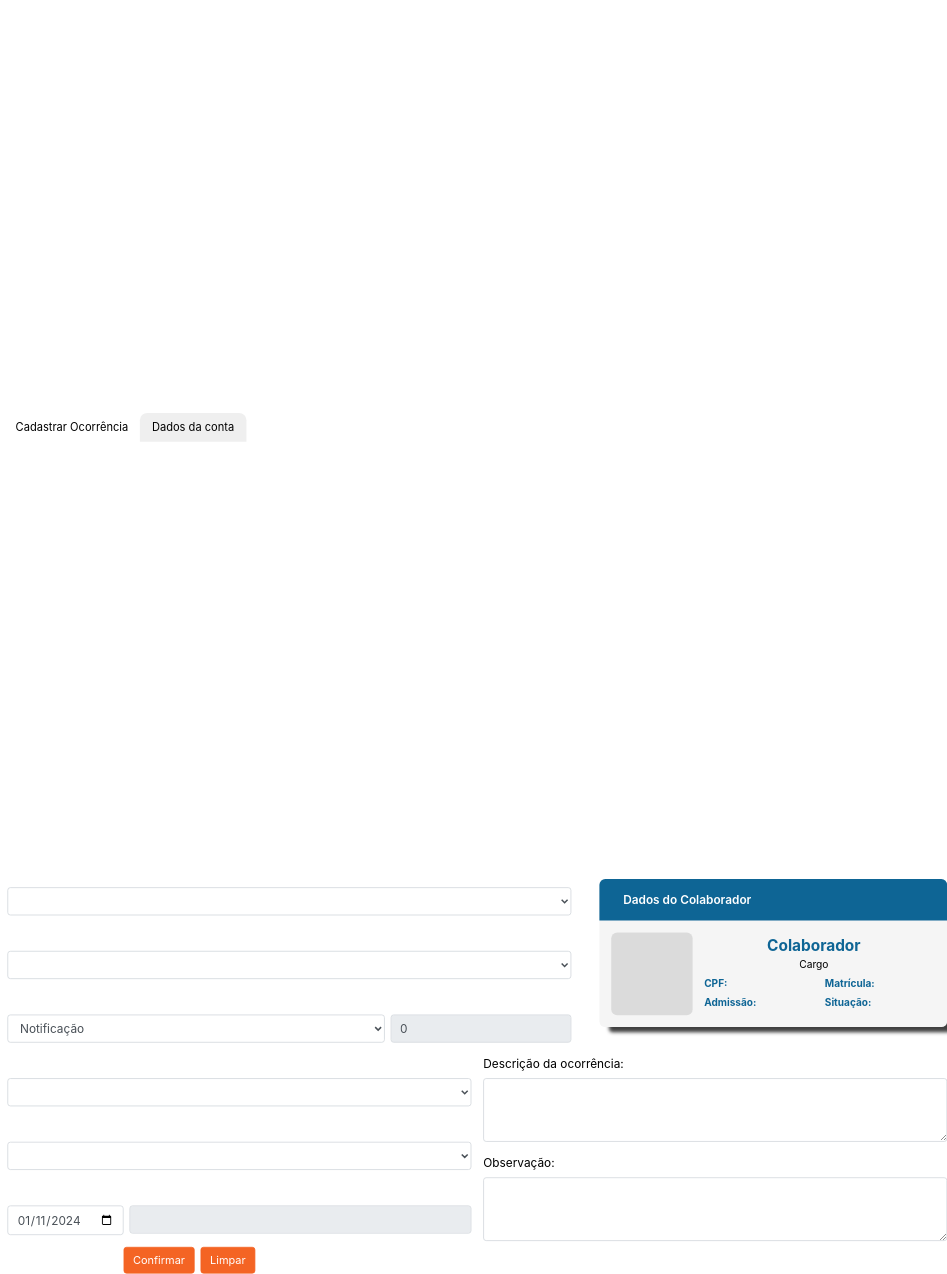
Repository: Conlog-SA/portal_operacional
Page: apps/gente_gestao_fluxo_punitivo/templates/gente_gestao_fluxo_punitivo/fluxo_punitivo.html
These files come from the project's save history. The page is drawn as it stood at one moment and after the next save; the edit follows.
The browser window is 1280 px wide. The pictures show the whole page, at 74% of full size.
The template is drawn by Django 3.2. The application's start-up code is not run. Other server files are loaded and not shown. The template is opened directly, without the code that normally fills it, so the values that code supplies are empty.

Above is the page before, as saved 2024-01-11 13:33:44.
Console error: TypeError: Cannot read properties of null (reading 'addEventListener')

### apps/gente_gestao_fluxo_punitivo/templates/gente_gestao_fluxo_punitivo/fluxo_punitivo.html
{% load static %}


{% block link_static_css %}
    <link type="text/css" href="{% static 'libs/bootstrap_4/css/bootstrap.min.css' %}" rel="stylesheet"
    xmlns="http://www.w3.org/1999/html" xmlns="http://www.w3.org/1999/html" xmlns="http://www.w3.org/1999/html"
    xmlns="http://www.w3.org/1999/html" xmlns="http://www.w3.org/1999/html"/>
    <link rel="stylesheet" href="{% static 'css/cores.css' %}" />
    <link rel="stylesheet" href="{% static 'css/toggle_switch.css' %}" />
    <link rel="stylesheet" href="{% static 'css/loader.css' %}" />
    <link rel="stylesheet" href="{% static 'css/gente_gestao_fluxo_punitivo/fluxo_punitivo.css' %}" />

{% endblock %}

<div class="d-flex flex-column h-100 align-items-center justify-content-start text-white w-100" style="margin-right: 0px; width:100%;">
    <div class="mt-3 d-flex align-items-end justify-content-between div_Titulo" style="padding-bottom:15px; padding-left:0px;">
        <div class="d-flex align-items-center justify-content-center">
            <i class="fa-solid fa-face-frown fa-2xl" style="font-size:50px; margin-left:15px; margin-right:15px; color:#cf6a15;"></i>
            <h1 class="titlePadraoMenu">Fluxo Punitivo</h1>
        </div>
        <img class="logo_cabecalho" src="{% static 'icons/logo-branca.png' %}" >
    </div>
    <div class="containerApp">
        <div class="form-group cl_div_tabela_principal_pagina" style="padding-top:0px; padding-left:0px">
            <div class="col-md-12 h-100"style="padding-left: 5px; padding-right: 5px;">
                <nav class="nav nav-tabs" id="myTab" role="tablist" style="font-size:15px;">
                    <button class="nav-link active" id="a_tab_cadastrar_ocorrencia" data-bs-toggle="tab"
                                data-bs-target="#div_tab_cadastrar_ocorrencia" type="button" role="tab"
                                aria-controls="div_tab_cadastrar_ocorrencia" aria-selected="true"
                                style="border-radius:10px 10px 0 0;" >
                            <i class="fa-regular fa-square-plus" style="color: #f46424;"></i>
                        Cadastrar Ocorrência
                    </button>
                    <button class="nav-link" id="a_tab_editar_ocorrencia" data-bs-toggle="tab"
                            data-bs-target="#div_tab_editar_ocorrencia" type="button" role="tab"
                            aria-controls="div_tab_editar_ocorrencia" aria-selected="true"
                            style="border-radius:10px 10px 0 0;" >
                        <i class="fa-solid fa-file-invoice-dollar" style="color: #f46424;"></i>
                        Dados da conta
                    </button>
                </nav>
            </div>
            <div class="tab-content" style="border-radius:0 10px 10px 10px;">
                <div class="tab-pane active" id="div_tab_cadastrar_ocorrencia" name="div_tab_cadastrar_ocorrencia"
                     role="tabpanel" aria-labelledby="a_tab_cadastrar_ocorrencia" style="margin-left:10px;">
                    <form class="d-flex justify-content-between align-items-between flex-wrap w-100" id="form_cadastra_fluxo_punitivo">
                        <div class="d-flex align-items-center justify-content-between w-100">
                            <div class="d-flex flex-column w-60">
                                <label for="geg_select_filial" class="labelBotoes">Selecione a filial:</label>
                                <select class="selectpicker form-control" required id="geg_select_filial"
                                        name="geg_select_filial"  data-live-search="true" title="Selecione a filial">
                                    {% for filial in lista_obj_filiais %}
                                    <option value="{{ filial.cod_filial }}">{{ filial.desc_filial }} ({{filial.cod_empresa.desc_empresa}}) </option>
                                    {% endfor %}
                                </select>

                                <label for="geg_select_colab" class="labelBotoes mt-3">Selecione o colaborador:</label>
                                <select class="selectpicker form-control" required id="geg_select_colab" name="geg_select_colab"  data-live-search="true" title="Selecione o colaborador">
                                </select>

                                <div class="d-flex w-100">
                                    <div class="w-75 text-left">
                                        <label for="geg_select_penalidade" class="labelBotoes mt-3">Selecione a penalidade:</label>
                                        <select class="selectpicker form-control" required id="geg_select_penalidade" name="geg_select_penalidade"  data-live-search="true" title="Selecione a penalidade">
                                            <option value="N">Notificação</option>
                                            <option value="AV">Advertência Verbal</option>
                                            <option value="AE">Advertência Escrita</option>
                                            <option value="S">Suspensão</option>
                                        </select>
                                    </div>

                                    <div class="d-flex flex-column align-items-start justify-content-end ml-2">
                                        <label for="geg_input_dias_suspensao">Dias de suspensão:</label>
                                        <input type="number" disabled class="form-control" id="geg_input_dias_suspensao" value="0">
                                    </div>

                                </div>
                            </div>

                            <div class="d-flex flex-column containerCardDadosColab">
                                <div class="w-100 p-2 d-flex cabecalhoCardDadosColab">
                                    <div class="p-2">
                                        <i class="fa-regular fa-address-card text-white"></i>
                                    </div>
                                    <div class="p-2 tituloCardDados">
                                        <span class="labelCardDados">Dados do Colaborador</span>
                                    </div>
                                </div>

                                <div class="w-100 p-3 d-flex justify-content-between align-items-center">
                                    <div class="w-25 d-flex align-items-center justify-content-center fundoIconCardDados">
                                        <i class="fa-solid fa-user iconUserCard"></i>
                                    </div>

                                    <div class=" w-75 d-flex flex-column containerInfoColab">
                                        <div class="w-100 text-center">
                                            <p  id="cardDados_nome" style="margin-bottom: 0 !important"><b>Colaborador</b></p>
                                            <p class=""><span id="cardDados_cargo" style="font-size: 0.865rem">Cargo</span></p>
                                        </div>

                                        <div class="w-100 d-flex">
                                            <div class="" style="width: 55%; font-size:0.85rem">
                                                <p class=""><b>CPF:</b> <span id="cardDados_cpf"></span></p>
                                                <p class=""><b>Admissão:</b> <span id="cardDados_admissao"></span></p>
                                            </div>

                                            <div class="" style="width: 45%; font-size:0.85rem">
                                                <p class=""><b>Matrícula:</b> <span id="cardDados_matricula"></span></p>
                                                <p class=""><b>Situação:</b> <span id="cardDados_situacao"></span></p>
                                            </div>
                                        </div>
                                    </div>
                                </div>
                            </div>
                        </div>

                        <div class="w-100 d-flex" >
                            <div class="w-50 d-flex flex-column align-items-start justify-content-start" style="">
                                <label for="geg_select_motivo_juridico" class="labelBotoes mt-3">Selecione o motivo jurídico:</label>
                                <select class="selectpicker form-control" required id="geg_select_motivo_juridico" name="geg_select_motivo_juridico"  data-live-search="true" title="Selecione o motivo jurídico:">
                                    {% for motivo_juridico in lista_motivo_juridico %}
                                    <option value="{{ motivo_juridico.cod_mot_juridico }}">{{ motivo_juridico.desc_motivo_juridico }} </option>
                                    {% endfor %}
                                </select>

                                <label for="geg_select_motivo_especifico" class="labelBotoes mt-3">Selecione o motivo específico:</label>
                                <select class="selectpicker form-control" required id="geg_select_motivo_especifico" name="geg_select_motivo_especifico"  data-live-search="true" title="Selecione o motivo específico:">
                                    {% for motivo_especifico in lista_motivo_especifico %}
                                    <option value="{{ motivo_especifico.cod_mot_especifico }}">{{ motivo_especifico.desc_motivo_especifico }} </option>
                                    {% endfor %}
                                </select>

                                <div class="d-flex justify-content-between w-100 mt-3 mr-3">
                                    <div class="d-flex flex-column align-items-start justify-content-start w-25">
                                        <label for="geg_input_data_ocorrencia">Data da ocorrência:</label>
                                        <input type="date" class="form-control " id="geg_input_data_ocorrencia">
                                    </div>

                                    <div class="d-flex flex-column align-items-start justify-content-start ml-2 w-75">
                                        <label for="geg_input_colab_lancamento">Colaborador responsável:</label>
                                        <input type="text" disabled class="form-control" id="geg_input_colab_lancamento" value="{{obj_usuario_sessao.nome_usu}}">
                                    </div>
                                </div>

                                <div class="d-flex justify-content-start w-100 mt-3 mr-3">
                                    <div class="w-25 d-flex justify-content-start align-items-center">
                                        <div class="loader" id="loader_lancamento">
                                            <div class="loader-inner">
                                                <div class="loader-block"></div>
                                                <div class="loader-block"></div>
                                                <div class="loader-block"></div>
                                                <div class="loader-block"></div>
                                                <div class="loader-block"></div>
                                                <div class="loader-block"></div>
                                                <div class="loader-block"></div>
                                                <div class="loader-block"></div>
                                            </div>
                                        </div>
                                    </div>
                                    <div class="w-75  d-flex justify-content-start align-items-center">
                                        <button type='submit' id="btn_confirmar_lancamento" name="btn_confirmar_lancamento" class="mr-2 btn btn-primary btn-rounded fluxoPunitivo__botao" >
                                            <i class="fa-solid fa-check"></i>
                                            <span>Confirmar</span>
                                        </button>

                                        <button type='button' id="btn_limpar_lancamento" name="btn_limpar_lancamento" onclick="limpaFormulario()" class=" btn btn-primary btn-rounded fluxoPunitivo__botao" >
                                            <i class="fa-solid fa-eraser"></i>
                                            <span>Limpar</span>
                                        </button>
                                    </div>
                                </div>
                            </div>

                            <div class="w-50 ml-3 d-flex flex-column align-items-start justify-content-start mt-3">
                                <div class="form-group w-100" style="color: #000; text-align:left;">
                                    <label for="text_area_desc_punicao">Descrição da ocorrência:</label>
                                    <textarea required class="form-control" id="text_area_desc_punicao" rows="3"></textarea>
                                </div>
                                <div class="form-group w-100" style="color: #000; text-align:left;">
                                    <label for="text_area_obs_punicao">Observação:</label>
                                    <textarea class="form-control" id="text_area_obs_punicao" rows="3"></textarea>
                                </div>

                                {% if obj_usuario_sessao.corporativo == 'S' %}
                                    <div class="d-flex justify-content-end w-100 mr-3">
                                        <button type='button' id="btn_cad_mot_juridico"
                                                name="btn_cad_mot_juridico"
                                                class=" mr-2 btn btn-primary btn-rounded fluxoPunitivo__botao">
                                            <i class="fa-solid fa-plus"></i>
                                            <span>Novo motivo jurídico</span>
                                        </button>

                                        <button type='button' id="btn_cad_motivo_especifico"
                                                name="btn_motivo_especifico"
                                                class=" btn btn-primary btn-rounded fluxoPunitivo__botao">
                                            <i class="fa-solid fa-plus"></i>
                                            <span>Novo motivo específico</span>
                                        </button>
                                    </div>
                                {% endif %}
                                {% if obj_usuario_sessao.corporativo == 'N' %}
                                    <div class="d-flex justify-content-end w-100 mr-3">
                                        <button type='button' disabled="disabled" id="btn_cad_mot_juridico"
                                                name="btn_cad_mot_juridico"
                                                class=" mr-2 btn btn-primary btn-rounded fluxoPunitivo__botao"
                                                title="Função habilitada somente para o corporativo">
                                            <i class="fa-solid fa-plus"></i>
                                            <span>Novo motivo jurídico</span>
                                        </button>

                                        <button type='button' disabled="disabled" id="btn_cad_motivo_especifico"
                                                name="btn_motivo_especifico"
                                                class=" btn btn-primary btn-rounded fluxoPunitivo__botao"
                                                title="Função habilitada somente para o corporativo">
                                            <i class="fa-solid fa-plus"></i>
                                            <span>Novo motivo específico</span>
                                        </button>
                                    </div>
                                {% endif %}
                            </div>
                        </div>
                    </form>
                </div>
                <div class="tab-pane" id="div_tab_editar_ocorrencia" name="div_tab_editar_ocorrencia" role="tabpanel" aria-labelledby="a_tab_editar_ocorrencia">
                    <form class="d-flex justify-content-end align-items-end flex-wrap w-100" id="form_pesquisa_fluxo_punitivo_tabela">

                        <div class="d-flex flex-column mr-1 w-25">
                            <label for="geg_fluxo_punitivo_pesquisa_filial" class="labelBotoes">Selecione a filial</label>
                            <select class="selectpicker form-control" required id="geg_fluxo_punitivo_pesquisa_filial" name="geg_fluxo_punitivo_pesquisa_filial"  data-live-search="true" title="Selecione a filial">
                                {% for filial in lista_obj_filiais %}
                                <option value="{{ filial.cod_filial }}">{{ filial.desc_filial }} ({{filial.cod_empresa.desc_empresa}}) </option>
                                {% endfor %}
                            </select>
                        </div>

                        <div class="d-flex flex-column mr-1">
                            <label for="competencia_pesquisa_fluxo_punitivo" class="labelBotoes">Competência</label>
                            <input required type="month" required class="form-control " id="competencia_pesquisa_fluxo_punitivo">
                        </div>

                        <button type='submit' id="" name="" class="btn btn-primary btn-rounded fluxoPunitivo__botao" >
                            <i class="fa-solid fa-magnifying-glass"></i>
                            <span></span>
                        </button>
                        <div class="containerTabela w-100 mt-4">
                            <table id="table_fluxo_punitivo"  class="display w-100">
                                <thead>
                                    <tr>
                                        <th scope="col">Matricula</th>
                                        <th scope="col">Colaborador</th>
                                        <th scope="col">Cargo</th>
                                        <th scope="col">Data Ocorrência</th>
                                        <th scope="col">Motivo Jurídico</th>
                                        <th scope="col">Motivo Específico</th>
                                    </tr>
                                </thead>
                                <tbody id="">

                                </tbody>
                            </table>
                        </div>

                    </form>
                </div>
            </div>
        </div>
    </div>
</div>

{% include 'gente_gestao_fluxo_punitivo/modal_cad_mot_juridico.html' %}
{% include 'gente_gestao_fluxo_punitivo/modal_cad_mot_especifico.html' %}

<script src="{% static 'controllers/gente_gestao_fluxo_punitivo/gente_gestao_fluxo_punitivo.js' %}"></script>

### static/css/toggle_switch.css
input[type="checkbox"] {
    width: 50px;
    height: 25px;
    appearance: none;
    background-color: gray;
    border-radius: 10px;
    box-shadow: inset 0px 0px 4px 1px black;
    cursor: pointer;
    position: relative;
    transition: .4s;
}

input:checked[type='checkbox'] {
    background-color: green;
}

input[type="checkbox"]:before {
    content: '';
    width: 25px;
    height: 25px;
    background-color: white;
    border-radius: 12.5px;
    position: absolute;
    box-shadow: 0px 4px 8px 1px rgba(0, 0, 0, 0.25);
    transition: .4s;
}

input:checked[type="checkbox"]:before {
    left: 25px;
}

### static/css/gente_gestao_fluxo_punitivo/fluxo_punitivo.css
.labelBotoes{
    text-align: left !important;
}

.w-60{
    width: 60% !important;
}

.containerCardDadosColab{
    background-color: whitesmoke;
    /* border: 1px black solid; */
    border-radius: 0.5rem;
    width: 37%;

    -webkit-box-shadow: 10px 10px 5px -3px rgba(0,0,0,0.75);
    -moz-box-shadow: 10px 10px 5px -3px rgba(0,0,0,0.75);
    box-shadow: 10px 10px 5px -3px rgba(0,0,0,0.75);
}

.cabecalhoCardDadosColab{
    background-color: #0E6595;
    border-top-left-radius: 0.5rem;
    border-top-right-radius: 0.5rem;
}

.tituloCardDados{
    width: calc(100% - 18px);
}

.labelCardDados{
    font-weight: 600;
    color: white !important;
}

.fundoIconCardDados{
    background-color: rgba(208, 208, 208, 0.671);
    border-radius: 0.5rem;
    height: 7rem;
}

.iconUserCard{
    color: #094566;
    font-size: 3.8rem;

}

.containerInfoColab{
    padding-left: 1rem;
    padding-right: 1rem;
    color: black;
    text-align: left !important;
    font-weight: 400;
}

.containerInfoColab p{
    margin-bottom: 0.3rem !important;
}

.containerInfoColab b{
    color: #0E6595;
}

#cardDados_nome, .cardDados_nome{
    font-size: 1.3rem;
}

.nav-link{
    color: black !important;
    border: 0px solid !important;
}

.nav-link.active{
    color: black !important;
    border: 0px solid !important;
}

.nav-link:hover{
    background-color: #d0d0d0 !important;
    color: black;
    border: 0px solid !important;
}

.nav-tabs{
    border: 0px !important;
}

.fluxoPunitivo__botao{
    font-size: 0.925em;
    border-color: var(--cor_empresa) !important;
    background-color: var(--cor_empresa) !important;
    /* height: 40px; */
}

.fluxoPunitivo__botao:hover{
    color: var(--cor_branco) !important;
    border-color: var(--cor_empresa_hover) !important;
    background-color: var(--cor_empresa_hover) !important;
}
.fluxoPunitivo__botao:active{
    color: var(--cor_branco) !important;
    border-color: var(--cor_empresa_active) !important;
    background-color: var(--cor_empresa_active) !important;
}

#modal_mot_juridico{
    background-color: rgba(0,0,0,0.8);
}

.btn_fecha_modal{
    border: none !important;
    background-color: rgba(0,0,0,0);
}

Loaded but not shown: static/libs/bootstrap_4/css/bootstrap.min.css (library); static/controllers/gente_gestao_fluxo_punitivo/gente_gestao_fluxo_punitivo.js (443 lines, source omitted); apps/gente_gestao_fluxo_punitivo/templates/gente_gestao_fluxo_punitivo/modal_cad_mot_especifico.html (40 lines, source omitted); apps/gente_gestao_fluxo_punitivo/templates/gente_gestao_fluxo_punitivo/modal_cad_mot_juridico.html (40 lines, source omitted); static/css/loader.css (89 lines, source omitted); static/css/cores.css (29 lines, source omitted)

After the next save:
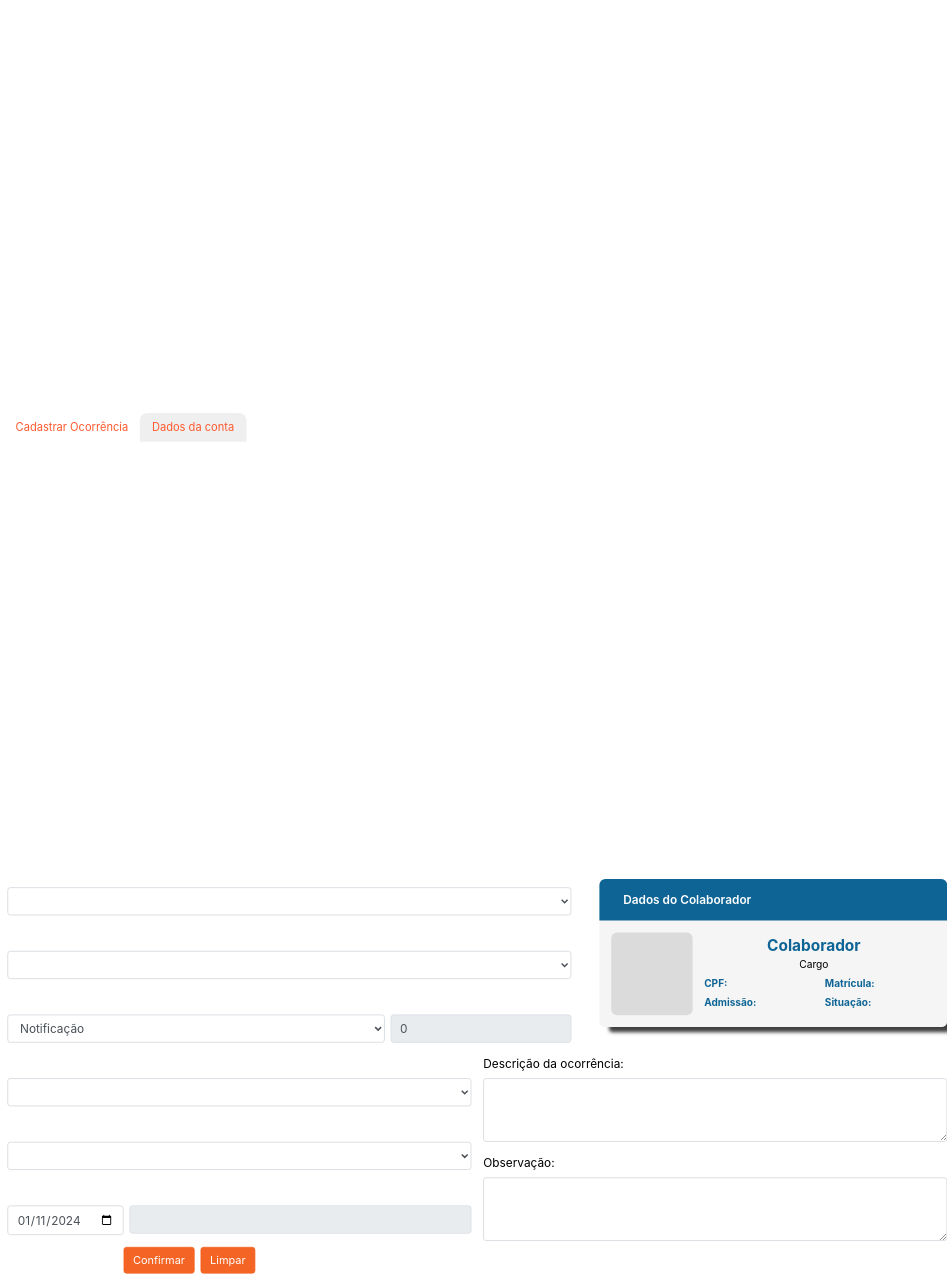
Saved 87 s later.
--- a/static/css/gente_gestao_fluxo_punitivo/fluxo_punitivo.css
+++ b/static/css/gente_gestao_fluxo_punitivo/fluxo_punitivo.css
@@ -65,12 +65,12 @@
 }
 
 .nav-link{
-    color: black !important;
+    color: #ff582d!important;
     border: 0px solid !important;
 }
 
 .nav-link.active{
-    color: black !important;
+    color: #ff582d !important;
     border: 0px solid !important;
 }
 
